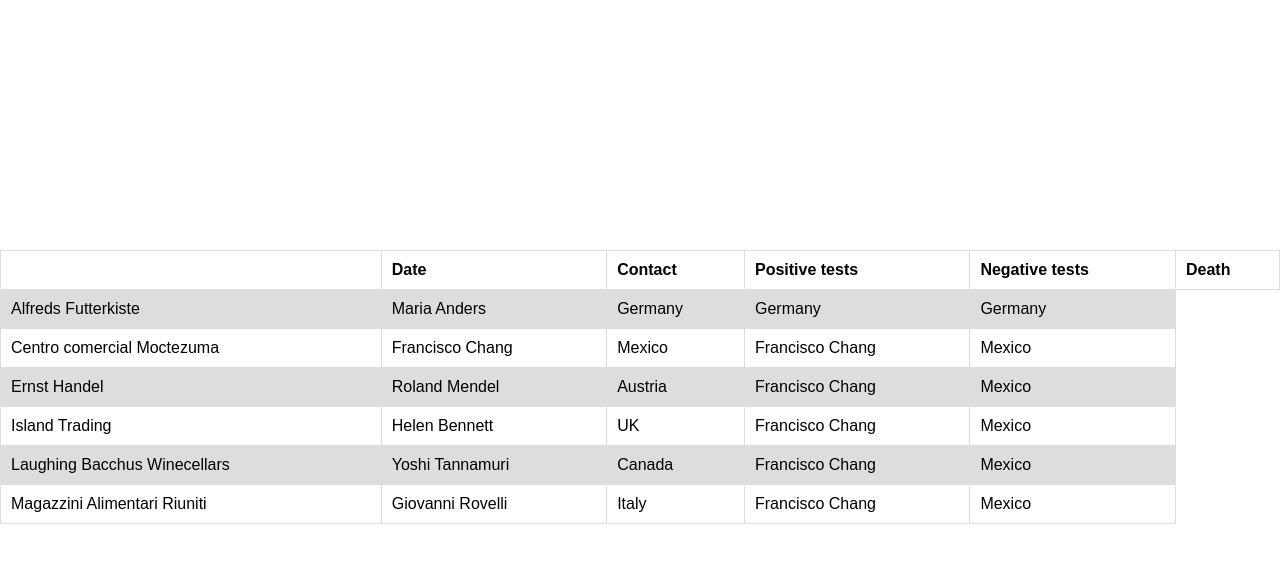
Repository: Seryozha02/ApiRequests
Page: index.html
These files come from the project's save history. The page is drawn as it stood at one moment and after the next save; the edit follows.
The browser window is 1280 px wide. The pictures show the whole page.

Above is the page before, as saved 2022-09-22 21:29:36.

### index.html
<!DOCTYPE html>
<html lang="en">
<head>
    <meta charset="UTF-8">
    <meta http-equiv="X-UA-Compatible" content="IE=edge">
    <meta name="viewport" content="width=device-width, initial-scale=1.0">
    <title>Request's</title>
    <link rel="stylesheet" href="style.css">
</head>
<body>
    <table class="requests">
        <th>
            <th>Date</th>
            <th>Contact</th>
            <th>Positive tests</th>
            <th>Negative tests</th>
            <th>Death</th>
        </th>
        <tr>
          <td>Alfreds Futterkiste</td>
          <td>Maria Anders</td>
          <td>Germany</td>
          <td>Germany</td>
          <td>Germany</td>
        </tr>
        <tr>
          <td>Centro comercial Moctezuma</td>
          <td>Francisco Chang</td>
          <td>Mexico</td>
          <td>Francisco Chang</td>
          <td>Mexico</td>
        </tr>
        <tr>
          <td>Ernst Handel</td>
          <td>Roland Mendel</td>
          <td>Austria</td>
          <td>Francisco Chang</td>
          <td>Mexico</td>
        </tr>
        <tr>
          <td>Island Trading</td>
          <td>Helen Bennett</td>
          <td>UK</td>
          <td>Francisco Chang</td>
          <td>Mexico</td>
        </tr>
        <tr>
          <td>Laughing Bacchus Winecellars</td>
          <td>Yoshi Tannamuri</td>
          <td>Canada</td>
          <td>Francisco Chang</td>
          <td>Mexico</td>
        </tr>
        <tr>
          <td>Magazzini Alimentari Riuniti</td>
          <td>Giovanni Rovelli</td>
          <td>Italy</td>
          <td>Francisco Chang</td>
          <td>Mexico</td>
        </tr>
      </table>
</body>
<script src="script.js"></script>
</html>

### style.css
* {
        margin: 0;
        padding: 0;
        box-sizing: border-box;
}

.requests {
    font-family: arial, sans-serif;
    border-collapse: collapse;
    width: 100%;
    margin-top: 250px;
  }

  td, th {
    border: 1px solid #dddddd;
    text-align: left;
    padding: 10px;

  }

  tr:nth-child(even) {
    background-color: #dddddd;
  }

Loaded but not shown: script.js (no copy from this time; the picture is the same without it)

After the next save:
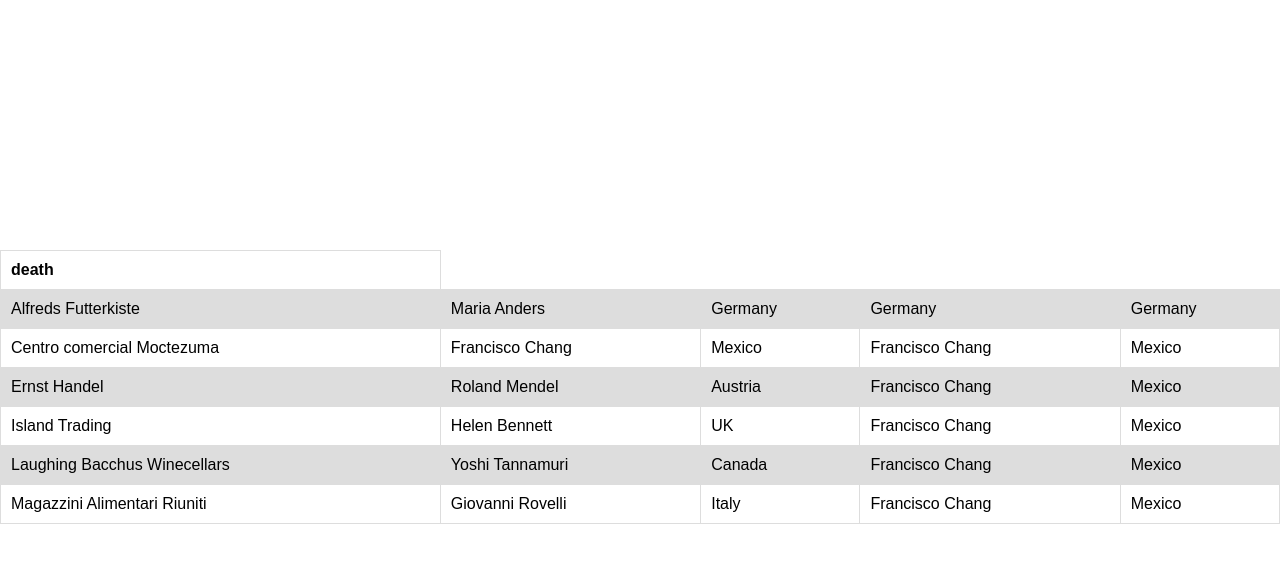
Saved 8 s later.
--- a/index.html
+++ b/index.html
@@ -10,12 +10,7 @@
 <body>
     <table class="requests">
         <th>
-            <th>Date</th>
-            <th>Contact</th>
-            <th>Positive tests</th>
-            <th>Negative tests</th>
-            <th>Death</th>
-        </th>
+            death </th>
         <tr>
           <td>Alfreds Futterkiste</td>
           <td>Maria Anders</td>

After the save that followed:
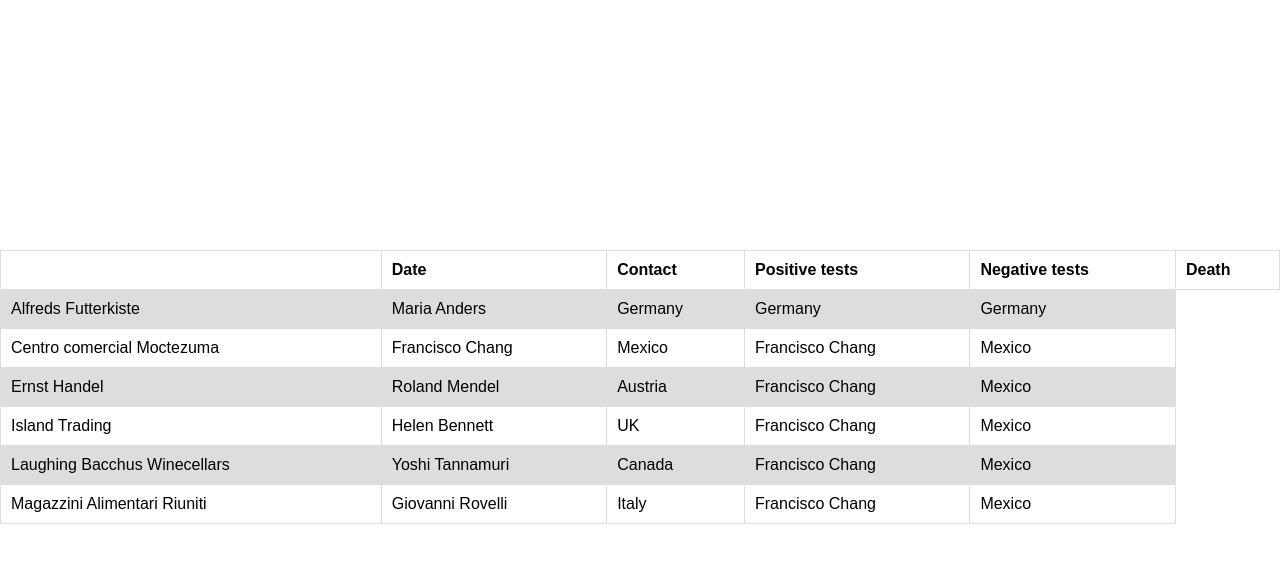
Saved 10 s later.
--- a/index.html
+++ b/index.html
@@ -10,7 +10,12 @@
 <body>
     <table class="requests">
         <th>
-            death </th>
+            <th>Date</th>
+            <th>Contact</th>
+            <th>Positive tests</th>
+            <th>Negative tests</th>
+            <th>Death</th>
+        </th>
         <tr>
           <td>Alfreds Futterkiste</td>
           <td>Maria Anders</td>
